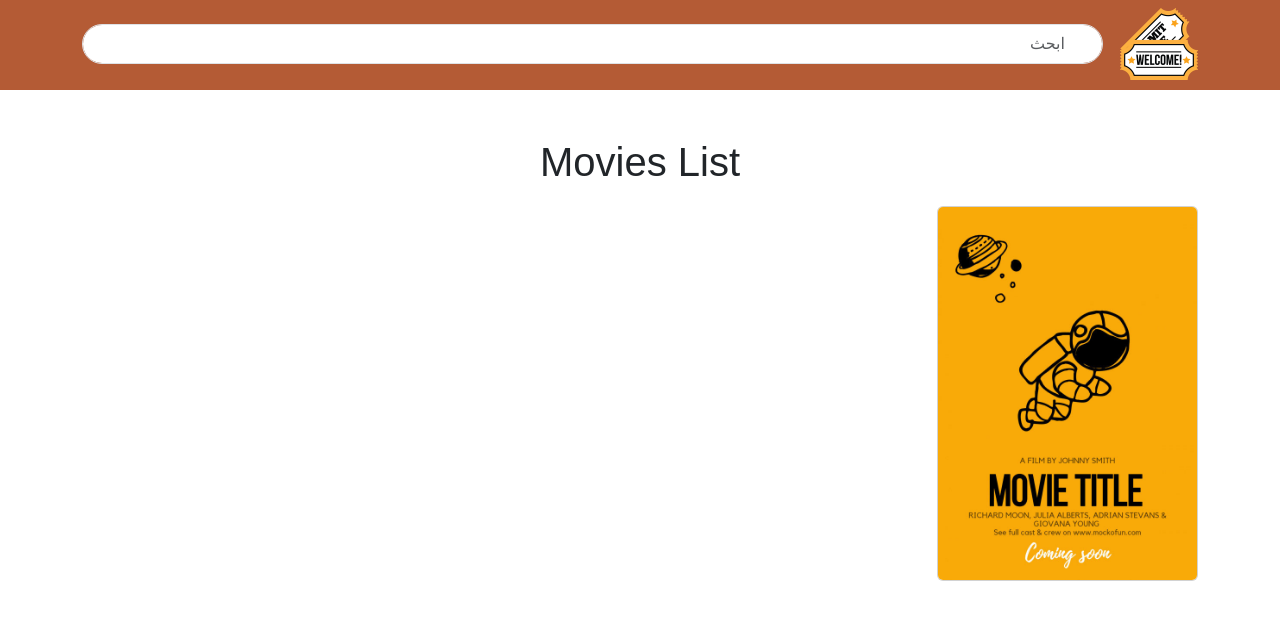
Repository: kerlos-alfy/Movie-List
Page: /
These files come from the project's save history. The page is drawn as it stood at one moment and after the next save; the edit follows.
The browser window is 1280 px wide. The pictures show the whole page.
The project was rebuilt for these pictures with package versions that can differ from the ones it lists, and the page was loaded fresh each time. Also part of the build but not shown: vite.config.js, src/App.css.

Above is the page before, as saved 2025-01-14 07:09:07.

After the next save:
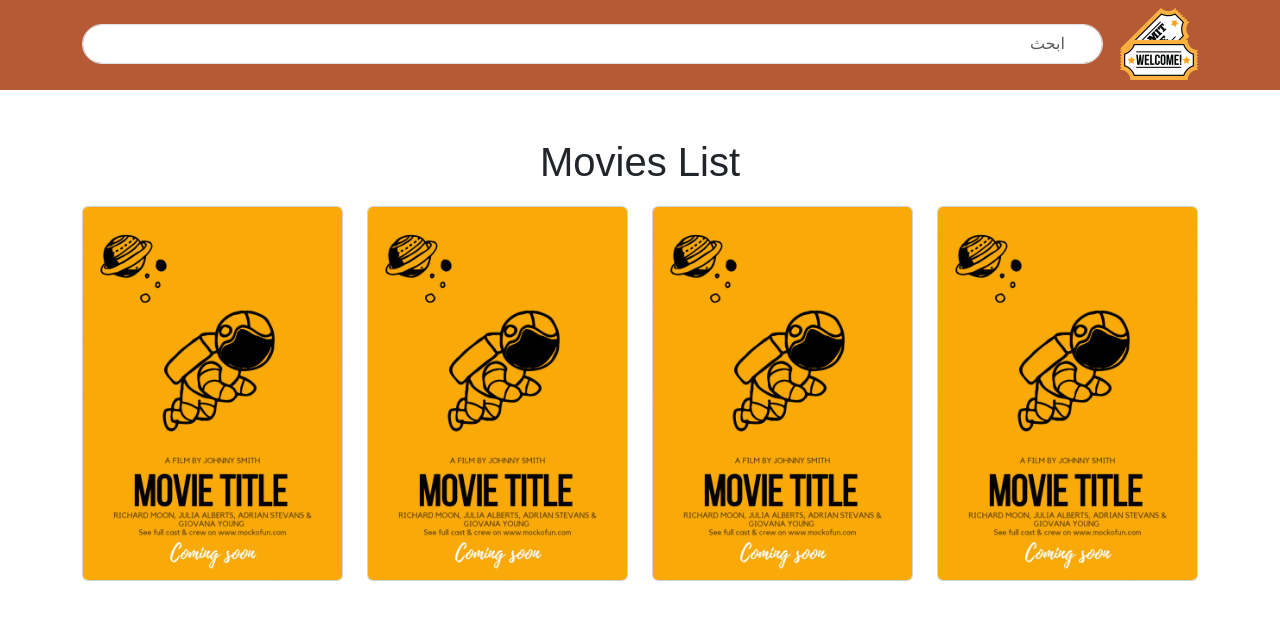
Saved 16 s later.
--- a/src/assets/components/MoviesList.jsx
+++ b/src/assets/components/MoviesList.jsx
@@ -4,6 +4,9 @@ function MoviesList() {
 	return (
 		<Row className="mt-3">
 			<CardMovie />
+			<CardMovie />
+			<CardMovie />
+			<CardMovie />
 		</Row>
 	);
 }
